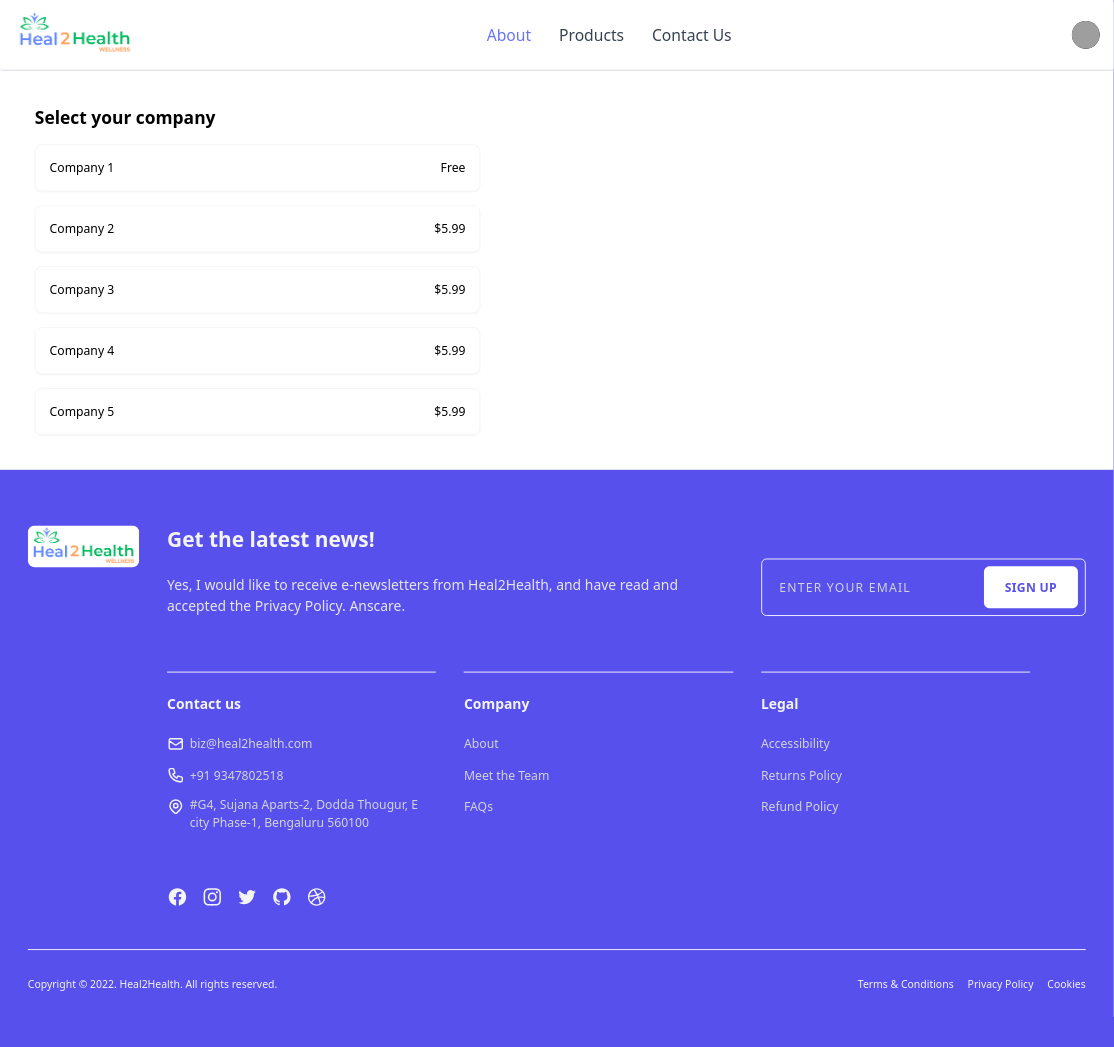
Repository: Akash123-coder/H2H
Page: /SignUp (app in Frontend/)
These files come from the project's save history. The page is drawn as it stood at one moment and after the next save; the edit follows.
The browser window is 1280 px wide. The pictures show the whole page, at 87% of full size.
Pictures or frames that could not be fetched are drawn as grey boxes. The project was rebuilt for these pictures with package versions that can differ from the ones it lists, and the page was loaded fresh each time. Also part of the build but not shown: Frontend/vite.config.ts, Frontend/src/pages/About.tsx, Frontend/src/components/Cta.jsx, Frontend/src/pages/Home.tsx, Frontend/src/components/Buttonsm.tsx, Frontend/src/components/Buttonrm.tsx, Frontend/src/components/Product.tsx, Frontend/src/pages/Prescription.jsx and 2 more.

Above is the page before, as saved 2022-09-27 17:19:25.

### Frontend/index.html
<!DOCTYPE html>
<html lang="en">
  <head>
    <meta charset="UTF-8" />
    <link rel="icon" type="image/svg+xml" href="/vite.svg" />
    <meta name="viewport" content="width=device-width, initial-scale=1.0" />
    <title>Heal2Health</title>
  </head>
  <body>
    <div id="root"></div>
    <script type="module" src="/src/main.tsx"></script>
  </body>
</html>

### Frontend/src/main.tsx
import React from 'react'
import ReactDOM from 'react-dom/client'
import App from './App'
import './index.css'
import {BrowserRouter} from 'react-router-dom'

ReactDOM.createRoot(document.getElementById('root') as HTMLElement).render(
  <React.StrictMode>
    <BrowserRouter>
    <App />
    </BrowserRouter>
  </React.StrictMode>
)

### Frontend/src/App.jsx
import { Routes, Route } from "react-router-dom";
import Navbar from "./components/Navbar.jsx";
import { ShoppingCartProvider } from "./context/ShoppingCartContext";
import About from "./pages/About";
import Home from "./pages/Home";
import Prescription from "./pages/Prescription";
import SignUp from "./pages/SignUp";
import Footer from "./components/Footer";
import Login from "./pages/Login";
import CompanyNameSelect from "./pages/CompanyNameSelect.jsx";

function App() {
  return (
    <ShoppingCartProvider>
      <Navbar />
      <Routes>
        <Route path="/" element={<Home />} />
        <Route path="/prescription" element={<Prescription />} />
        <Route path="/about" element={<About />} />
        <Route path="/login" element={<Login />} />
        <Route path="/SignUp" element={<CompanyNameSelect />} />
      </Routes>
      <Footer />
    </ShoppingCartProvider>
  );
}

export default App;

### Frontend/src/components/Navbar.jsx
import user from '../assets/user.png'
import { useState } from 'react'
import logo from '../assets/logo.png'
import {NavLink} from 'react-router-dom'

function Navbar() {
  const user = true;
    const [Active, setActive] = useState(true)
    const showMenu = () =>{
        setActive(!Active)
    }
  return (
    <div>
      <nav className="bg-white border-b-2  px-2 sm:px-4  py-2.5 rounded   dark:bg-gray-900 ">
        <div className="container flex flex-wrap justify-between items-center mx-auto">
          <a href="/" className="flex items-center ">
            <img
              src={logo}
              className="mr-3 h-16 lg:h-14 sm:h-12"
              alt="Flowbite Logo"
            />
          </a>
          <div className="flex items-center md:order-2">
            {user ? (
              <NavLink to="/login"
                type="button"
                className="flex mr-3 text-sm bg-gray-800 rounded-full md:mr-0 focus:ring-4 focus:ring-gray-300 dark:focus:ring-gray-600"
                id="user-menu-button"
                aria-expanded="false"
                data-dropdown-toggle="user-dropdown"
                data-dropdown-placement="bottom"
              >
                <span className="sr-only">Open user menu</span>
                <img
                  className="w-8 h-8 rounded-full"
                  src={user}
                  alt="user photo"
                />
              </NavLink>
            ) : (
               <NavLink
               to = "/SignUp"
              type="button"
              className="flex mr-3 text-sm bg-gray-800 rounded-full md:mr-0 focus:ring-4 focus:ring-gray-300 dark:focus:ring-gray-600"
              id="user-menu-button"
              aria-expanded="false"
              data-dropdown-toggle="user-dropdown"
              data-dropdown-placement="bottom"
            >
              <span className="sr-only">Open user menu</span>
              <img
                className="w-8 h-8 rounded-full"
                src={user}
                alt="user photo"
              />
            </NavLink>

            )}


            <button
              data-collapse-toggle="mobile-menu-2"
              type="button"
              className="  inlinkne-flex items-center p-2 ml-1 text-sm text-gray-500 rounded-lg md:hidden hover:bg-gray-100 focus:outlinkne-none focus:ring-2 focus:ring-gray-200 dark:text-gray-400 dark:hover:bg-gray-700 dark:focus:ring-gray-600"
              aria-controls="mobile-menu-2"
              aria-expanded="false"
            >
              <span className="sr-only">Open main menu</span>
              <svg
                className="w-6 h-6"
                aria-hidden="true"
                onClick={showMenu}
                fill="currentColor"
                viewBox="0 0 20 20"
                xmlns="http://www.w3.org/2000/svg"
              >
                <path
                  fill-rule="evenodd"
                  d="M3 5a1 1 0 011-1h12a1 1 0 110 2H4a1 1 0 01-1-1zM3 10a1 1 0 011-1h12a1 1 0 110 2H4a1 1 0 01-1-1zM3 15a1 1 0 011-1h12a1 1 0 110 2H4a1 1 0 01-1-1z"
                  clinkp-rule="evenodd"
                ></path>
              </svg>
            </button>
          </div>
          <div
            className={
              !Active
                ? " justify-between items-center w-full md:flex md:w-auto md:order-1 border-b-stone-500"
                : "hidden"
            }
            id="mobile-menu-2"
          >
            <ul className="flex flex-col p-4 mt-4  bg-gray-50 rounded-lg border border-gray-100 md:flex-row md:space-x-8 md:mt-0 md:text-sm md:font-medium md:border-0 md:bg-white dark:bg-gray-800 md:dark:bg-gray-900 dark:border-gray-700">
              <NavLink to="/">
                <a
                  className="block py-2 pr-4 pl-3 text-lg text-white bg-indigo-700 rounded md:bg-transparent md:text-indigo-700 md:p-0 dark:text-white"
                  aria-current="page "
                  onClick={showMenu}
                >
                  About
                </a>
              </NavLink>
              {/* <NavLink to="/about">
                <a
                  className="block py-2 pr-4 pl-3 text-lg text-gray-700 rounded hover:bg-gray-100 md:hover:bg-transparent md:hover:text-indigo-700 md:p-0 dark:text-gray-400 md:dark:hover:text-white dark:hover:bg-gray-700 dark:hover:text-white md:dark:hover:bg-transparent dark:border-gray-700"
                  onClick={showMenu}
                >
                  About
                </a>
              </NavLink> */}

              <NavLink to="/Prescription">
                <a
                  href="#"
                  className="block py-2 pr-4 pl-3 text-lg text-gray-700 rounded hover:bg-gray-100 md:hover:bg-transparent md:hover:text-indigo-700 md:p-0 dark:text-gray-400 md:dark:hover:text-white dark:hover:bg-gray-700 dark:hover:text-white md:dark:hover:bg-transparent dark:border-gray-700"
                  onClick={showMenu}
                >
                  Products
                </a>
              </NavLink>

              <a
                href="#contact"
                className="block py-2 pr-4 pl-3 text-lg text-gray-700 rounded hover:bg-gray-100 md:hover:bg-transparent md:hover:text-indigo-700 md:p-0 dark:text-gray-400 md:dark:hover:text-white dark:hover:bg-gray-700 dark:hover:text-white md:dark:hover:bg-transparent dark:border-gray-700"
                onClick={showMenu}
              >
                Contact Us
              </a>
            </ul>
          </div>
          <div
            className={
              "hidden justify-between  items-center w-full md:flex md:w-auto md:order-1"
            }
            id="mobile-menu-2"
          >
            <ul className="flex flex-col p-4 mt-4  bg-gray-50 rounded-lg border border-gray-100 md:flex-row md:space-x-8 md:mt-0 md:text-sm md:font-medium md:border-0 md:bg-white dark:bg-gray-800 md:dark:bg-gray-900 dark:border-gray-700">
              <NavLink to="/">
                <a
                  href="#"
                  className="block py-2 pr-4 pl-3 text-lg text-white bg-indigo-700 rounded md:bg-transparent md:text-indigo-500 md:p-0 dark:text-white"
                  aria-current="page"
                >
                  About
                </a>
              </NavLink>
              {/* <NavLink to="/about">
                <a
                  href="#"
                  className="block py-2 pr-4 pl-3 text-gray-700 rounded text-lg hover:bg-gray-100 md:hover:bg-transparent md:hover:text-indigo-700 md:p-0 dark:text-gray-400 md:dark:hover:text-white dark:hover:bg-gray-700 dark:hover:text-white md:dark:hover:bg-transparent dark:border-gray-700"
                >
                  About
                </a>
              </NavLink> */}

              <NavLink to="/prescription">
                <a
                  href="#"
                  className="block py-2 pr-4 pl-3 text-gray-700 rounded text-lg hover:bg-gray-100 md:hover:bg-transparent md:hover:text-indigo-500 md:p-0 dark:text-gray-400 md:dark:hover:text-white dark:hover:bg-gray-700 dark:hover:text-white md:dark:hover:bg-transparent dark:border-gray-700"
                >
                  Products
                </a>
              </NavLink>
              <a
                href="#contact"
                className="block py-2 pr-4 pl-3 text-gray-700 rounded text-lg hover:bg-gray-100 md:hover:bg-transparent md:hover:text-indigo-500 md:p-0 dark:text-gray-400 md:dark:hover:text-white dark:hover:bg-gray-700 dark:hover:text-white md:dark:hover:bg-transparent dark:border-gray-700"
              >
                Contact Us
              </a>
            </ul>
          </div>
        </div>
      </nav>
    </div>
  );
}

export default Navbar

### Frontend/src/context/ShoppingCartContext.tsx
import {useContext ,useState, createContext ,ReactNode} from 'react'

const ShoppingCartContext = createContext({})

type ShoppingCartProviderProps ={
    children: ReactNode
}
type CartItem = {
    id: number
    quantity:number
}


type ShoppingCartContext ={
    CartQuantity:number
    CartItems:CartItem[]
    getItemQuantity:(id: number) => number
    increaseItemQuantity:(id: number) => void
    decreaseItemQuantity:(id: number) => void
    removeFromCart:(id: number) => void
}

export function useShoppingCart() {
  return ( useContext(ShoppingCartContext)
  )
}

export function ShoppingCartProvider({children}:ShoppingCartProviderProps){
    const [cartItems ,setCartItems] = useState<CartItem>([]);

    const CartQuantity = cartItems.reduce(
        (quantity ,item) => item.quantity + quantity,0
    )

    function getItemQuantity(id : number){
        return cartItems.find( item => item.id === id)?.quantity || 0
    }
    function increaseItemQuantity(id : number){
         setCartItems(currItems =>{
            if(currItems.find(item => item.id === id)==null){
                return [...currItems, {id , quantity : 1}]

            } else {
                return currItems.map(item =>{
                    if(item.id === id ){
                        return {...item ,quantity: item.quantity + 1}
                    }else{
                        return item
                    }
                })
            }
         })
    }
    function decreaseItemQuantity(id: number) {
        setCartItems(currItems => {
          if (currItems.find(item => item.id === id)?.quantity === 1) {
            return currItems.filter(item => item.id !== id)
          } else {
            return currItems.map(item => {
              if (item.id === id) {
                return { ...item, quantity: item.quantity - 1 }
              } else {
                return item
              }
            })
          }
        })
      }
    function removeFromCart(id : number){
        setCartItems(currItems =>{
            return currItems.filter(item =>item.id!==id)
        })
    }
    return (

        <ShoppingCartContext.Provider value = {{getItemQuantity,increaseItemQuantity,decreaseItemQuantity ,removeFromCart,cartItems,CartQuantity}}>
            {children}
        </ShoppingCartContext.Provider>
    )
}

### Frontend/src/pages/CompanyNameSelect.jsx
import React from 'react'

function CompanyNameSelect() {
  return (
    <div>
      <div class="m-10 space-y-4 max-w-lg">
      <div className="text-xl font-semibold">Select your company</div>
        <div>
          <input
            class="hidden peer"
            type="radio"
            name="shippingOption"
            value="1"
            id="1"
          />

          <label
            class="flex items-center justify-between p-4 text-sm font-medium transition-colors border border-gray-100 rounded-lg shadow-sm cursor-pointer peer-checked:border-blue-500 hover:bg-gray-50 peer-checked:ring-1 peer-checked:ring-blue-500"
            for="1"
          >
            <span> Company 1 </span>

            <span> Free </span>
          </label>
        </div>

        <div>
          <input
            class="hidden peer"
            type="radio"
            name="shippingOption"
            value="2"
            id="2"
          />

          <label
            class="flex items-center justify-between p-4 text-sm font-medium transition-colors border border-gray-100 rounded-lg shadow-sm cursor-pointer peer-checked:border-blue-500 hover:bg-gray-50 peer-checked:ring-1 peer-checked:ring-blue-500"
            for="2"
          >
            <span> Company 2 </span>

            <span> $5.99 </span>
          </label>
        </div>
        <div>
          <input
            class="hidden peer"
            type="radio"
            name="shippingOption"
            value="3"
            id="3"
          />

          <label
            class="flex items-center justify-between p-4 text-sm font-medium transition-colors border border-gray-100 rounded-lg shadow-sm cursor-pointer peer-checked:border-blue-500 hover:bg-gray-50 peer-checked:ring-1 peer-checked:ring-blue-500"
            for="3"
          >
            <span> Company 3 </span>

            <span> $5.99 </span>
          </label>
        </div>
        <div>
          <input
            class="hidden peer"
            type="radio"
            name="shippingOption"
            value="4"
            id="4"
          />

          <label
            class="flex items-center justify-between p-4 text-sm font-medium transition-colors border border-gray-100 rounded-lg shadow-sm cursor-pointer peer-checked:border-blue-500 hover:bg-gray-50 peer-checked:ring-1 peer-checked:ring-blue-500"
            for="4"
          >
            <span> Company 4 </span>

            <span> $5.99 </span>
          </label>
        </div>
        <div>
          <input
            class="hidden peer"
            type="radio"
            name="shippingOption"
            value="5"
            id="5"
          />

          <label
            class="flex items-center justify-between p-4 text-sm font-medium transition-colors border border-gray-100 rounded-lg shadow-sm cursor-pointer peer-checked:border-blue-500 hover:bg-gray-50 peer-checked:ring-1 peer-checked:ring-blue-500"
            for="5"
          >
            <span> Company 5 </span>

            <span> $5.99 </span>
          </label>
        </div>
      </div>
    </div>
  );
}

export default CompanyNameSelect

### Frontend/tailwind.config.cjs
/** @type {import('tailwindcss').Config} */
module.exports = {
  content: [
    "./src/**/*.{js,jsx,ts,tsx}",
    "node_modules/flowbite-react/**/*.{js,jsx,ts,tsx}",
  ],
  theme: {
    extend: {},
  },
  plugins: [require("flowbite/plugin"), require("@tailwindcss/forms")],
};

Loaded but not shown: Frontend/src/index.css (common file); Frontend/src/components/Footer.jsx (300 lines, source omitted)

After the next save:
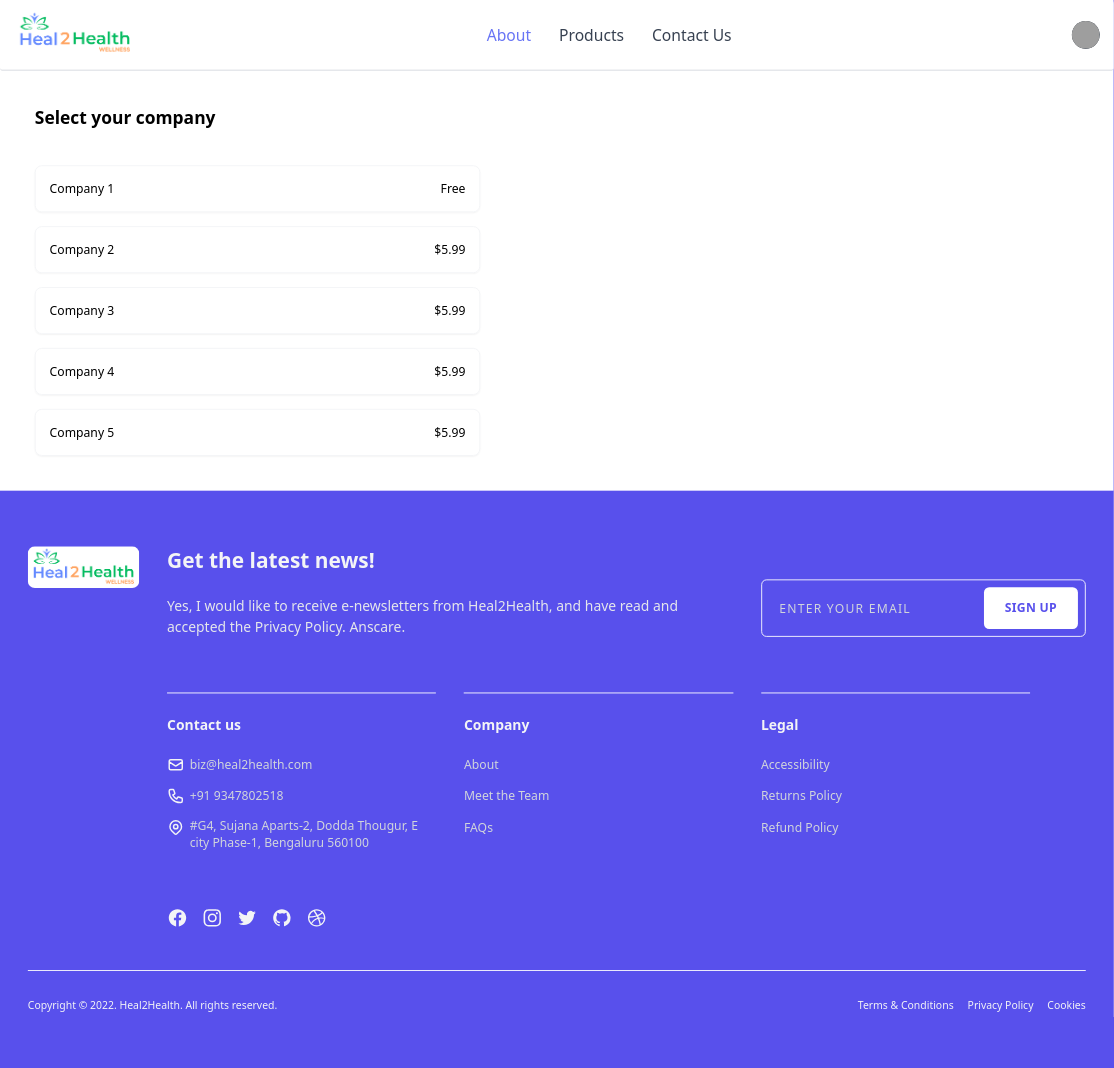
Saved 19 s later.
--- a/Frontend/src/pages/CompanyNameSelect.jsx
+++ b/Frontend/src/pages/CompanyNameSelect.jsx
@@ -4,7 +4,7 @@
   return (
     <div>
       <div class="m-10 space-y-4 max-w-lg">
-      <div className="text-xl font-semibold">Select your company</div>
+      <div className="text-xl mb-10 font-semibold">Select your company</div>
         <div>
           <input
             class="hidden peer"
